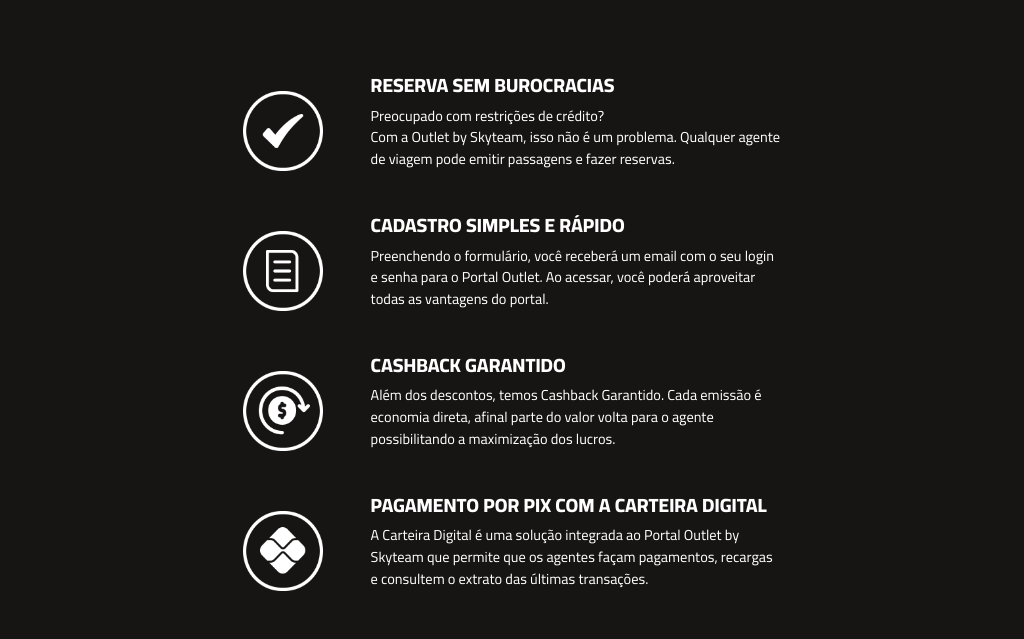
Repository: SkyTeam-Dev/Outlet_Site
Page: Site/index.html
The author's editor kept a copy of each file at every save. The page is drawn from the files as they stood at one save, then again after the next save.
The browser window is 1024 px wide. The pictures show the part of the page from y = 2498 to 3137 px (the page is 5372 px tall before and 5329 px after).
A picture or video elsewhere on the page could not be fetched, so the positions and the page height are approximate. Some web libraries are served in a nearby version.

Above is the page before, as saved 2025-03-24 11:22:19.

After the next save:
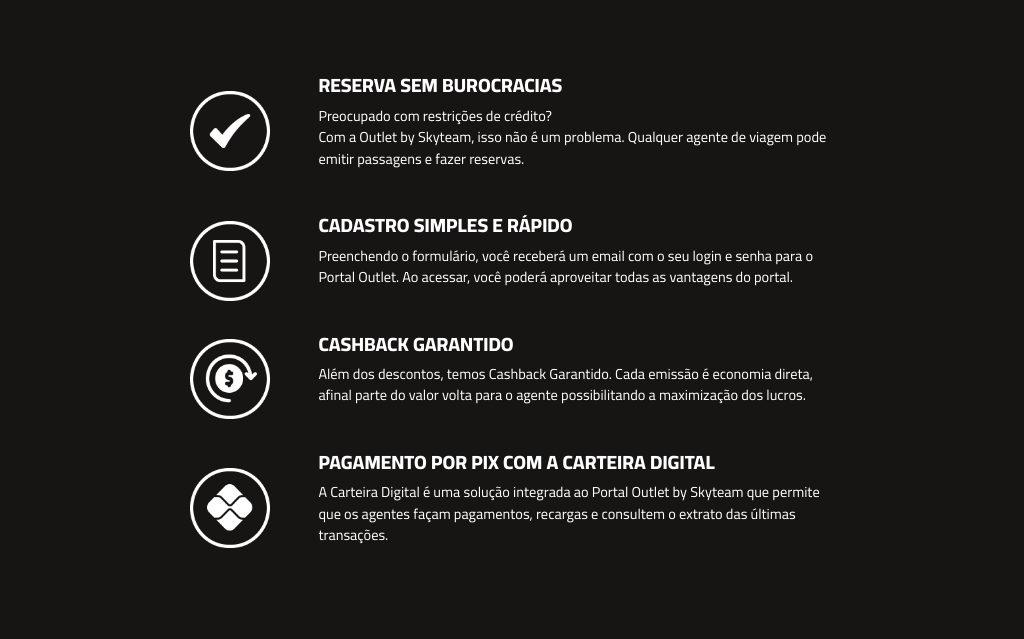
Saved 25 s later.
--- a/Site/Templates/Default/CSS/Responsive.css
+++ b/Site/Templates/Default/CSS/Responsive.css
@@ -59,6 +59,6 @@
 /* Para telas com largura de 1200px ou menos */
 @media screen and (max-width: 1200px) {
   .benefits-container {
-    max-width: 70% !important;
+    max-width: 80% !important;
   }
 }
